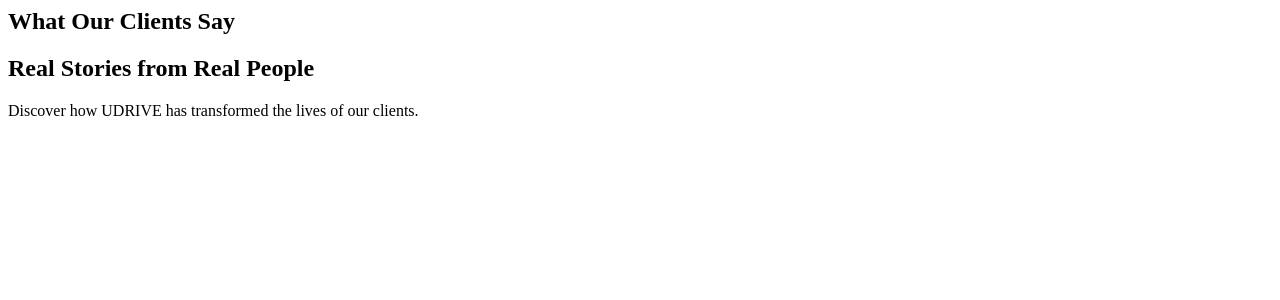
Repository: sanyathecreator/udrive-carsharing
Page: index.testimonials.partial.html
These files come from the project's save history. The page is drawn as it stood at one moment and after a run of saves; the edit follows.
The browser window is 1280 px wide. The pictures show the whole page.

Above is the page before, as saved 2025-09-11 00:52:57.

### index.testimonials.partial.html
<section class="testimonials">
  <div class="testimonials__container container">
    <h1 class="testimonials__title">What Our Clients Say</h1>
    <h2 class="testimonials__subtitle">Real Stories from Real People</h2>
    <p class="testimonials__text">
      Discover how UDRIVE has transformed the lives of our clients.
    </p>
    <div class="testimonials__cards" id="testimonials-cards-container"></div>
  </div>
</section>

After the next 5 saves:
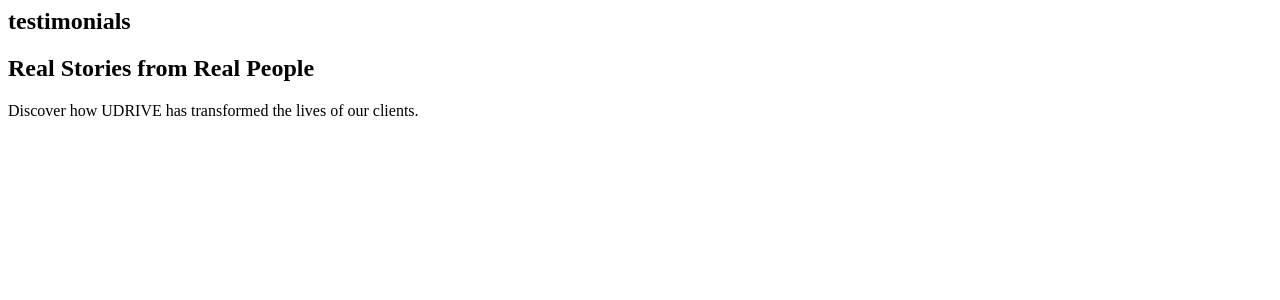
The 5 saves are shown as one change because they came seconds apart.
The last was saved 58 s later.
--- a/index.testimonials.partial.html
+++ b/index.testimonials.partial.html
@@ -1,6 +1,6 @@
 <section class="testimonials">
   <div class="testimonials__container container">
-    <h1 class="testimonials__title">What Our Clients Say</h1>
+    <h1 class="testimonials__title">testimonials</h1>
     <h2 class="testimonials__subtitle">Real Stories from Real People</h2>
     <p class="testimonials__text">
       Discover how UDRIVE has transformed the lives of our clients.
